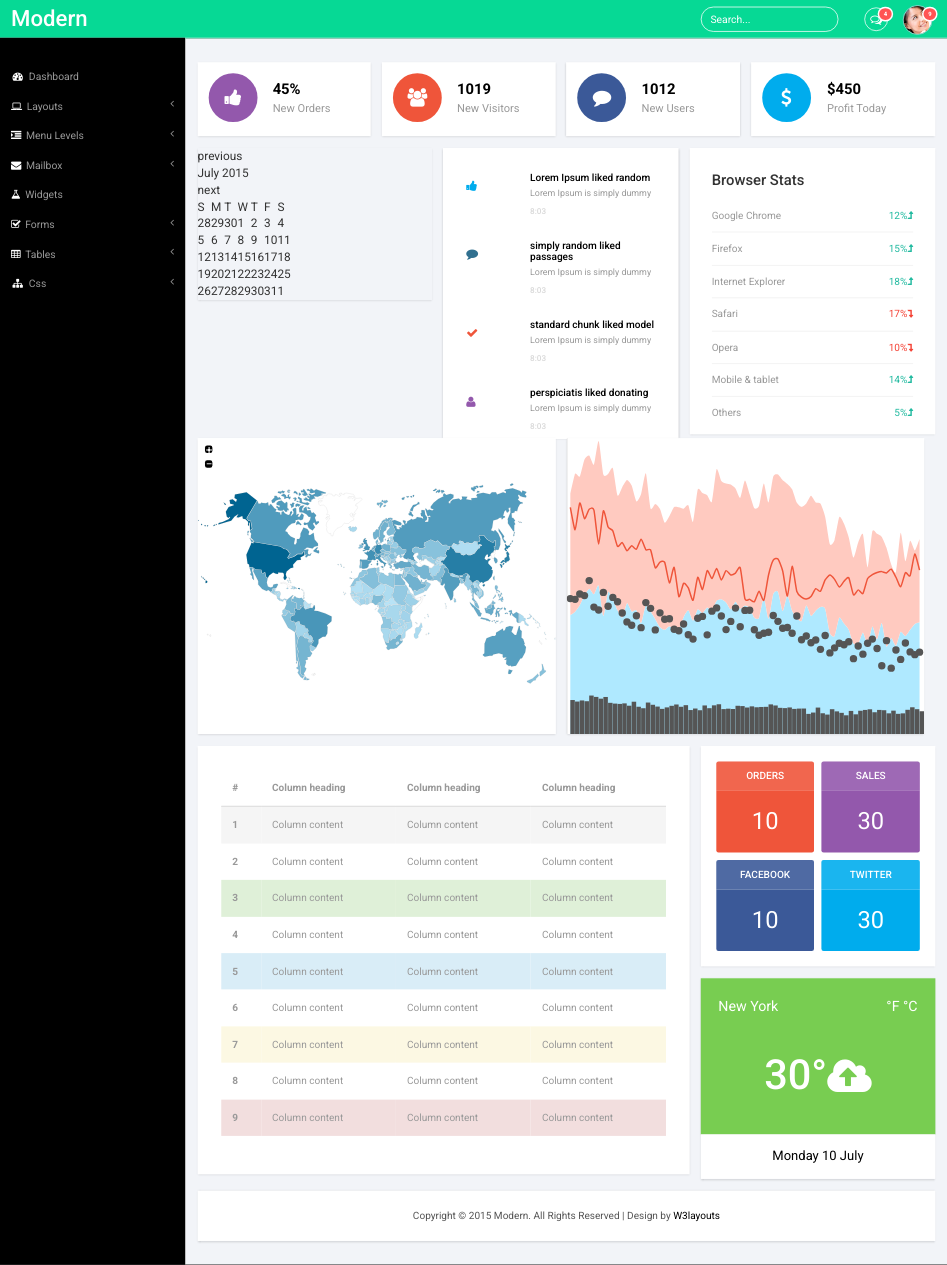
Repository: NomanMustafa/laravel-blog
Page: http://localhost/dashboard
An editor plug-in stored every save of this project. The page is shown before and after the next save, followed by the edit.
The browser window is 1280 px wide. The pictures show the whole page, at 74% of full size.
The page is served by the project's Laravel application, run on PHP 8.4 with Laravel 8. A made-up administrator, Test User (test@example.com), is signed in. Other server files are loaded and not shown.

Above is the page before, as saved 2020-07-05 00:11:55.

### routes/web.php
<?php

use Illuminate\Support\Facades\Route;

/*
|--------------------------------------------------------------------------
| Web Routes
|--------------------------------------------------------------------------
|
| Here is where you can register web routes for your application. These
| routes are loaded by the RouteServiceProvider within a group which
| contains the "web" middleware group. Now create something great!
|
 */

// Route::get('/', function () {
//     return view('welcome');
// });
Route::get('/', 'PublicControler@index')->name('index');
Route::get('post/{id}', 'PublicControler@singlePost')->name('singlePost');
Route::get('/about', 'PublicControler@about')->name('about');
Route::get('/contect', 'PublicControler@contect')->name('contect');
Route::post('/contect', 'PublicControler@contectPost')->name('contectPost');

Auth::routes();
Route::get('/dashboard', 'HomeController@index')->name('dashboard');

Route::prefix('admin')->group(function(){
    Route::get('/dashboard' , 'AdminController@dashboard')->name('adminDashboard');
});

### resources/views/dashboard.blade.php
@extends('layouts.admin')

@section('content')

<div id="wrapper">
     <!-- Navigation -->
       <nav class="top1 navbar navbar-default navbar-static-top" role="navigation" style="margin-bottom: 0">
            @include('includes.admin.headerNavigation')
            @include('includes.admin.sideBar')
                 </nav>
        <div id="page-wrapper">
        <div class="graphs">
     	<div class="col_3">
        	<div class="col-md-3 widget widget1">
        		<div class="r3_counter_box">
                    <i class="pull-left fa fa-thumbs-up icon-rounded"></i>
                    <div class="stats">
                      <h5><strong>45%</strong></h5>
                      <span>New Orders</span>
                    </div>
                </div>
        	</div>
        	<div class="col-md-3 widget widget1">
        		<div class="r3_counter_box">
                    <i class="pull-left fa fa-users user1 icon-rounded"></i>
                    <div class="stats">
                      <h5><strong>1019</strong></h5>
                      <span>New Visitors</span>
                    </div>
                </div>
        	</div>
        	<div class="col-md-3 widget widget1">
        		<div class="r3_counter_box">
                    <i class="pull-left fa fa-comment user2 icon-rounded"></i>
                    <div class="stats">
                      <h5><strong>1012</strong></h5>
                      <span>New Users</span>
                    </div>
                </div>
        	</div>
        	<div class="col-md-3 widget">
        		<div class="r3_counter_box">
                    <i class="pull-left fa fa-dollar dollar1 icon-rounded"></i>
                    <div class="stats">
                      <h5><strong>$450</strong></h5>
                      <span>Profit Today</span>
                    </div>
                </div>
        	 </div>
        	<div class="clearfix"> </div>
      </div>
      <div class="col_1">
		    <div class="col-md-4 span_7">
		      <div class="cal1 cal_2"><div class="clndr"><div class="clndr-controls"><div class="clndr-control-button"><p class="clndr-previous-button">previous</p></div><div class="month">July 2015</div><div class="clndr-control-button rightalign"><p class="clndr-next-button">next</p></div></div><table class="clndr-table" border="0" cellspacing="0" cellpadding="0"><thead><tr class="header-days"><td class="header-day">S</td><td class="header-day">M</td><td class="header-day">T</td><td class="header-day">W</td><td class="header-day">T</td><td class="header-day">F</td><td class="header-day">S</td></tr></thead><tbody><tr><td class="day adjacent-month last-month calendar-day-2015-06-28"><div class="day-contents">28</div></td><td class="day adjacent-month last-month calendar-day-2015-06-29"><div class="day-contents">29</div></td><td class="day adjacent-month last-month calendar-day-2015-06-30"><div class="day-contents">30</div></td><td class="day calendar-day-2015-07-01"><div class="day-contents">1</div></td><td class="day calendar-day-2015-07-02"><div class="day-contents">2</div></td><td class="day calendar-day-2015-07-03"><div class="day-contents">3</div></td><td class="day calendar-day-2015-07-04"><div class="day-contents">4</div></td></tr><tr><td class="day calendar-day-2015-07-05"><div class="day-contents">5</div></td><td class="day calendar-day-2015-07-06"><div class="day-contents">6</div></td><td class="day calendar-day-2015-07-07"><div class="day-contents">7</div></td><td class="day calendar-day-2015-07-08"><div class="day-contents">8</div></td><td class="day calendar-day-2015-07-09"><div class="day-contents">9</div></td><td class="day calendar-day-2015-07-10"><div class="day-contents">10</div></td><td class="day calendar-day-2015-07-11"><div class="day-contents">11</div></td></tr><tr><td class="day calendar-day-2015-07-12"><div class="day-contents">12</div></td><td class="day calendar-day-2015-07-13"><div class="day-contents">13</div></td><td class="day calendar-day-2015-07-14"><div class="day-contents">14</div></td><td class="day calendar-day-2015-07-15"><div class="day-contents">15</div></td><td class="day calendar-day-2015-07-16"><div class="day-contents">16</div></td><td class="day calendar-day-2015-07-17"><div class="day-contents">17</div></td><td class="day calendar-day-2015-07-18"><div class="day-contents">18</div></td></tr><tr><td class="day calendar-day-2015-07-19"><div class="day-contents">19</div></td><td class="day calendar-day-2015-07-20"><div class="day-contents">20</div></td><td class="day calendar-day-2015-07-21"><div class="day-contents">21</div></td><td class="day calendar-day-2015-07-22"><div class="day-contents">22</div></td><td class="day calendar-day-2015-07-23"><div class="day-contents">23</div></td><td class="day calendar-day-2015-07-24"><div class="day-contents">24</div></td><td class="day calendar-day-2015-07-25"><div class="day-contents">25</div></td></tr><tr><td class="day calendar-day-2015-07-26"><div class="day-contents">26</div></td><td class="day calendar-day-2015-07-27"><div class="day-contents">27</div></td><td class="day calendar-day-2015-07-28"><div class="day-contents">28</div></td><td class="day calendar-day-2015-07-29"><div class="day-contents">29</div></td><td class="day calendar-day-2015-07-30"><div class="day-contents">30</div></td><td class="day calendar-day-2015-07-31"><div class="day-contents">31</div></td><td class="day adjacent-month next-month calendar-day-2015-08-01"><div class="day-contents">1</div></td></tr></tbody></table></div></div>
		    </div>
		    <div class="col-md-4 span_8">
		       <div class="activity_box">
		        <div class="scrollbar" id="style-2">
                   <div class="activity-row">
	                 <div class="col-xs-1"><i class="fa fa-thumbs-up text-info icon_13"> </i>  </div>
	                 <div class="col-xs-3 activity-img"><img src='images/5.png' class="img-responsive" alt=""/></div>
	                 <div class="col-xs-8 activity-desc">
	                 	<h5><a href="#">Lorem Ipsum</a> liked <a href="#">random</a></h5>
	                    <p>Lorem Ipsum is simply dummy</p>
	                    <h6>8:03</h6>
	                 </div>
	                 <div class="clearfix"> </div>
                    </div>
	  			    <div class="activity-row">
	                 <div class="col-xs-1"><i class="fa fa-comment text-info"></i> </div>
	                 <div class="col-xs-3 activity-img"><img src='images/3.png' class="img-responsive" alt=""/></div>
	                 <div class="col-xs-8 activity-desc">
	                 	<h5><a href="#">simply random</a> liked <a href="#">passages</a></h5>
	                    <p>Lorem Ipsum is simply dummy</p>
	                    <h6>8:03</h6>
	                 </div>
	                 <div class="clearfix"> </div>
                    </div>
                    <div class="activity-row">
	                 <div class="col-xs-1"><i class="fa fa-check text-info icon_11"></i></div>
	                 <div class="col-xs-3 activity-img"><img src='images/1.png' class="img-responsive" alt=""/></div>
	                 <div class="col-xs-8 activity-desc">
	                 	<h5><a href="#">standard chunk</a> liked <a href="#">model</a></h5>
	                    <p>Lorem Ipsum is simply dummy</p>
	                    <h6>8:03</h6>
	                 </div>
	                 <div class="clearfix"> </div>
                    </div>
                    <div class="activity-row1">
	                 <div class="col-xs-1"><i class="fa fa-user text-info icon_12"></i></div>
	                 <div class="col-xs-3 activity-img"><img src='images/4.png' class="img-responsive" alt=""/></div>
	                 <div class="col-xs-8 activity-desc">
	                 	<h5><a href="#">perspiciatis</a> liked <a href="#">donating</a></h5>
	                    <p>Lorem Ipsum is simply dummy</p>
	                    <h6>8:03</h6>
	                 </div>
	                 <div class="clearfix"> </div>
                     </div>
	  		        </div>
		          </div>
		    </div>
			<div class="col-md-4 stats-info">
                <div class="panel-heading">
                    <h4 class="panel-title">Browser Stats</h4>
                </div>
                <div class="panel-body">
                    <ul class="list-unstyled">
                        <li>Google Chrome<div class="text-success pull-right">12%<i class="fa fa-level-up"></i></div></li>
                        <li>Firefox<div class="text-success pull-right">15%<i class="fa fa-level-up"></i></div></li>
                        <li>Internet Explorer<div class="text-success pull-right">18%<i class="fa fa-level-up"></i></div></li>
                        <li>Safari<div class="text-danger pull-right">17%<i class="fa fa-level-down"></i></div></li>
                        <li>Opera<div class="text-danger pull-right">10%<i class="fa fa-level-down"></i></div></li>
                        <li>Mobile &amp; tablet<div class="text-success pull-right">14%<i class="fa fa-level-up"></i></div></li>
                        <li class="last">Others<div class="text-success pull-right">5%<i class="fa fa-level-up"></i></div></li>
                    </ul>
                </div>
            </div>
            <div class="clearfix"> </div>
	  </div>
	  <div class="span_11">
		<div class="col-md-6 col_4">
		  <div class="map_container"><div id="vmap" style="width: 100%; height: 400px;"></div></div>
		  <!----Calender -------->
			<link rel="stylesheet" href="css/clndr.css" type="text/css" />
			<script src="{{ asset('admin/assets/js/underscore-min.js') }}" type="text/javascript"></script>
			<script src= "{{ asset('admin/assets/js/moment-2.2.1.js') }}" type="text/javascript"></script>
			<script src="{{ asset('admin/assets/js/clndr.js') }}" type="text/javascript"></script>
			<script src="{{ asset('admin/assets/js/site.js') }}" type="text/javascript"></script>
			<!----End Calender -------->
		</div>
		<div class="col-md-6 col_5">
		  <div id="chart_container">
		   <div id="chart"></div>
	       <div id="slider"></div>


{{-- <div class="container">
    <div class="row justify-content-center">
        <div class="col-md-8">
            <div class="card">
                <div class="card-header">{{ __('Dashboard') }}</div>

                <div class="card-body">
                    @if (session('status'))
                        <div class="alert alert-success" role="alert">
                            {{ session('status') }}
                        </div>
                    @endif

                    {{ __('You are logged in!') }}
                </div>
            </div>
        </div>
    </div>
</div> --}}
@endsection

### public/admin/assets/css/lines.css

.rickshaw_graph .detail {
	pointer-events: none;
	position: absolute;
	top: 0;
	z-index: 2;
	background: rgba(0, 0, 0, 0.1);
	bottom: 0;
	width: 1px;
	transition: opacity 0.25s linear;
	-moz-transition: opacity 0.25s linear;
	-o-transition: opacity 0.25s linear;
	-webkit-transition: opacity 0.25s linear;
}
.rickshaw_graph .detail.inactive {
	opacity: 0;
}
.rickshaw_graph .detail .item.active {
	opacity: 1;
}
.rickshaw_graph .detail .x_label {
	font-family: Arial, sans-serif;
	border-radius: 3px;
	padding: 6px;
	opacity: 0.5;
	border: 1px solid #e0e0e0;
	font-size: 12px;
	position: absolute;
	background: white;
	white-space: nowrap;
}
.rickshaw_graph .detail .x_label.left {
	left: 0;
}
.rickshaw_graph .detail .x_label.right {
	right: 0;
}
.rickshaw_graph .detail .item {
	position: absolute;
	z-index: 2;
	border-radius: 3px;

	font-size: 12px;
	font-family: Arial, sans-serif;
	opacity: 0;
	background: rgba(0, 0, 0, 0.4);
	color: white;
	border: 1px solid rgba(0, 0, 0, 0.4);
	margin-left: 1em;
	margin-right: 1em;
	margin-top: -1em;
	white-space: nowrap;
}
.rickshaw_graph .detail .item.left {
	left: 0;
}
.rickshaw_graph .detail .item.right {
	right: 0;
}
.rickshaw_graph .detail .item.active {
	opacity: 1;
	background: rgba(0, 0, 0, 0.8);
}
.rickshaw_graph .detail .item:after {
	position: absolute;
	display: block;
	width: 0;
	height: 0;

	content: "";

	border: 5px solid transparent;
}
.rickshaw_graph .detail .item.left:after {
	top: 1em;
	left: -5px;
	margin-top: -5px;
	border-right-color: rgba(0, 0, 0, 0.8);
	border-left-width: 0;
}
.rickshaw_graph .detail .item.right:after {
	top: 1em;
	right: -5px;
	margin-top: -5px;
	border-left-color: rgba(0, 0, 0, 0.8);
	border-right-width: 0;
}
.rickshaw_graph .detail .dot {
	width: 4px;
	height: 4px;
	margin-left: -3px;
	margin-top: -3.5px;
	border-radius: 5px;
	position: absolute;
	box-shadow: 0 0 2px rgba(0, 0, 0, 0.6);
	box-sizing: content-box;
	-moz-box-sizing: content-box;
	background: white;
	border-width: 2px;
	border-style: solid;
	display: none;
	background-clip: padding-box;
}
.rickshaw_graph .detail .dot.active {
	display: block;
}
/* graph */
#chart {
  width: 649px !important;
  height: 400px !important;
  background-color: #fff;
}
.rickshaw_graph {
	position: relative;
}
.rickshaw_graph svg {
  display: block;
  overflow: hidden;
}
@media (max-width:1366px){
#chart {
  width:533px !important;
}
}
@media (max-width:1280px){
#chart {
  width:483px !important;
}
canvas#doughnut, canvas#line, canvas#polarArea, #bar, #pie, #radar {
  width: 308px !important;
  height: 220px !important;
}
}
@media (max-width:1024px){
#chart {
  width:360px !important;
  height:300px !important;
}
}
@media (max-width:768px){
#chart {
  width:468px !important;
  height: 300px !important;
}
}
@media (max-width:736px){
#chart {
  width:685px !important;
  height: 300px !important;
}
}
@media (max-width:640px){
#chart {
  width:580px !important;
  height:250px !important;
}
}
@media (max-width:540px){
#chart {
  width:464px !important;
  height:250px !important;
}
}
@media (max-width:480px){
#chart {
  width:447px !important;
  height:250px !important;
}
}
@media (max-width:320px){
#chart {
  width:298px !important;
  height:250px !important;
}
.copy {
  padding: 10px;
}
.copy p{
  font-size:13px;
}
.btn-group-lg>.btn, .btn-lg {
  padding: 6px 7px;
  font-size: 16px;
}
.label {
  font-size: 56%;
}
.pagination-lg>li>a, .pagination-lg>li>span {
  padding: 8px 13px;
  font-size: 15px;
}
.nav>li>a {
  padding: 7px 8px;
}
.modal-dialog {
  width: 245px !important;
}
}

### public/admin/assets/css/custom.css
#wrapper {
    width: 100%;
}
#page-wrapper {
    /*--padding: 0 15px;--*/
    min-height: 568px;
    background-color: #fff;
}

@media(min-width:768px) {
    #page-wrapper {
        position: inherit;
        margin: 0 0 0 250px;
        /*--padding: 0 30px;--*/
        border-left: 1px solid #e7e7e7;
    }
}

.navbar-top-links {
    margin-right: 0;
}

.navbar-top-links li {
    display: inline-block;
}

.navbar-top-links li:last-child {
    margin-right: 15px;
}

.navbar-top-links li a {
    padding: 15px;
    min-height: 50px;
}

.navbar-top-links .dropdown-menu li {
    display: block;
}

.navbar-top-links .dropdown-menu li:last-child {
    margin-right: 0;
}

.navbar-top-links .dropdown-menu li a {
    padding: 3px 20px;
    min-height: 0;
}

.navbar-top-links .dropdown-menu li a div {
    white-space: normal;
}

.navbar-top-links .dropdown-messages,
.navbar-top-links .dropdown-tasks,
.navbar-top-links .dropdown-alerts {
    width: 310px;
    min-width: 0;
}
.navbar-top-links .dropdown-messages {
    margin-left: 5px;
}
.navbar-top-links .dropdown-tasks {
    margin-left: -59px;
}

.navbar-top-links .dropdown-alerts {
    margin-left: -123px;
}

.navbar-top-links .dropdown-user {
    right: 0;
    left: auto;
}

.sidebar .sidebar-nav.navbar-collapse {
    padding-right: 0;
    padding-left: 0;
}

.sidebar .sidebar-search {
    padding: 15px;
}
.sidebar .arrow {
    float: right;
}

.sidebar .fa.arrow:before {
    content: "\f104";
}

.sidebar .active>a>.fa.arrow:before {
    content: "\f107";
}

.sidebar .nav-second-level li,
.sidebar .nav-third-level li {
    border-bottom: 0!important;
}

.sidebar .nav-second-level li a {
    padding-left: 37px;
}

.sidebar .nav-third-level li a {
    padding-left: 52px;
}

@media(min-width:768px) {
    .sidebar {
        z-index: 1;
        position: absolute;
        width: 250px;
        margin-top: 51px;
    }

    .navbar-top-links .dropdown-messages,
    .navbar-top-links .dropdown-tasks,
    .navbar-top-links .dropdown-alerts {
        margin-left: auto;
    }
}

### public/admin/assets/css/jqvmap.css
/*!
 * jQVMap Version 1.0
 *
 * http://jqvmap.com
 *
 * Copyright 2012, Peter Schmalfeldt <manifestinteractive@gmail.com>
 * Licensed under the MIT license.
 *
 * Fork Me @ https://github.com/manifestinteractive/jqvmap
 */
.jqvmap-label
{
	position: absolute;
	display: none;
	-webkit-border-radius: 3px;
	-moz-border-radius: 3px;
	border-radius: 3px;
	background: #292929;
	color: white;
	font-family: sans-serif, Verdana;
	font-size: smaller;
	padding: 3px;
}
.jqvmap-zoomin, .jqvmap-zoomout
{
  position: absolute;
  left: 10px;
  -webkit-border-radius: 3px;
  -moz-border-radius: 3px;
  border-radius: 3px;
  background: #000000;
  padding: 1px;
  color: white;
  width: 10px;
  height: 10px;
  cursor: pointer;
  line-height: 9px;
  text-align: center;
}
.jqvmap-zoomin
{
	top: 10px;
}
.jqvmap-zoomout
{
	top: 30px;
}
.jqvmap-region
{
  cursor: pointer;
}
.jqvmap-ajax_response
{
  width: 100%;
  height: 500px;
}

Loaded but not shown: app/Providers/AppServiceProvider.php (common file); app/Http/Controllers/Auth/LoginController.php (common file); app/Http/Controllers/Controller.php (common file); app/Http/Controllers/Auth/ConfirmPasswordController.php (common file); app/User.php (common file); app/Http/Controllers/HomeController.php (common file); public/admin/assets/css/bootstrap.min.css (library); public/admin/assets/css/font-awesome.css (library); public/admin/assets/js/jquery.min.js (library); public/admin/assets/js/metisMenu.min.js (common file); public/admin/assets/js/d3.v3.js (library); public/admin/assets/js/underscore-min.js (library); public/admin/assets/js/moment-2.2.1.js (library); public/admin/assets/js/jquery.vmap.js (library); public/admin/assets/js/jquery.vmap.sampledata.js (common file); public/admin/assets/js/jquery.vmap.world.js (library); public/admin/assets/js/bootstrap.min.js (library); public/admin/assets/js/rickshaw.js (3908 lines, source omitted); public/admin/assets/js/clndr.js (833 lines, source omitted); public/admin/assets/js/site.js (90 lines, source omitted); public/admin/assets/js/custom.js (36 lines, source omitted); public/admin/assets/css/style.css (2713 lines, source omitted); resources/views/layouts/admin.blade.php (257 lines, source omitted); resources/views/includes/admin/headerNavigation.blade.php (97 lines, source omitted); public/admin/assets/css/clndr.css (192 lines, source omitted); resources/views/includes/admin/sideBar.blade.php (80 lines, source omitted)

After the next save:
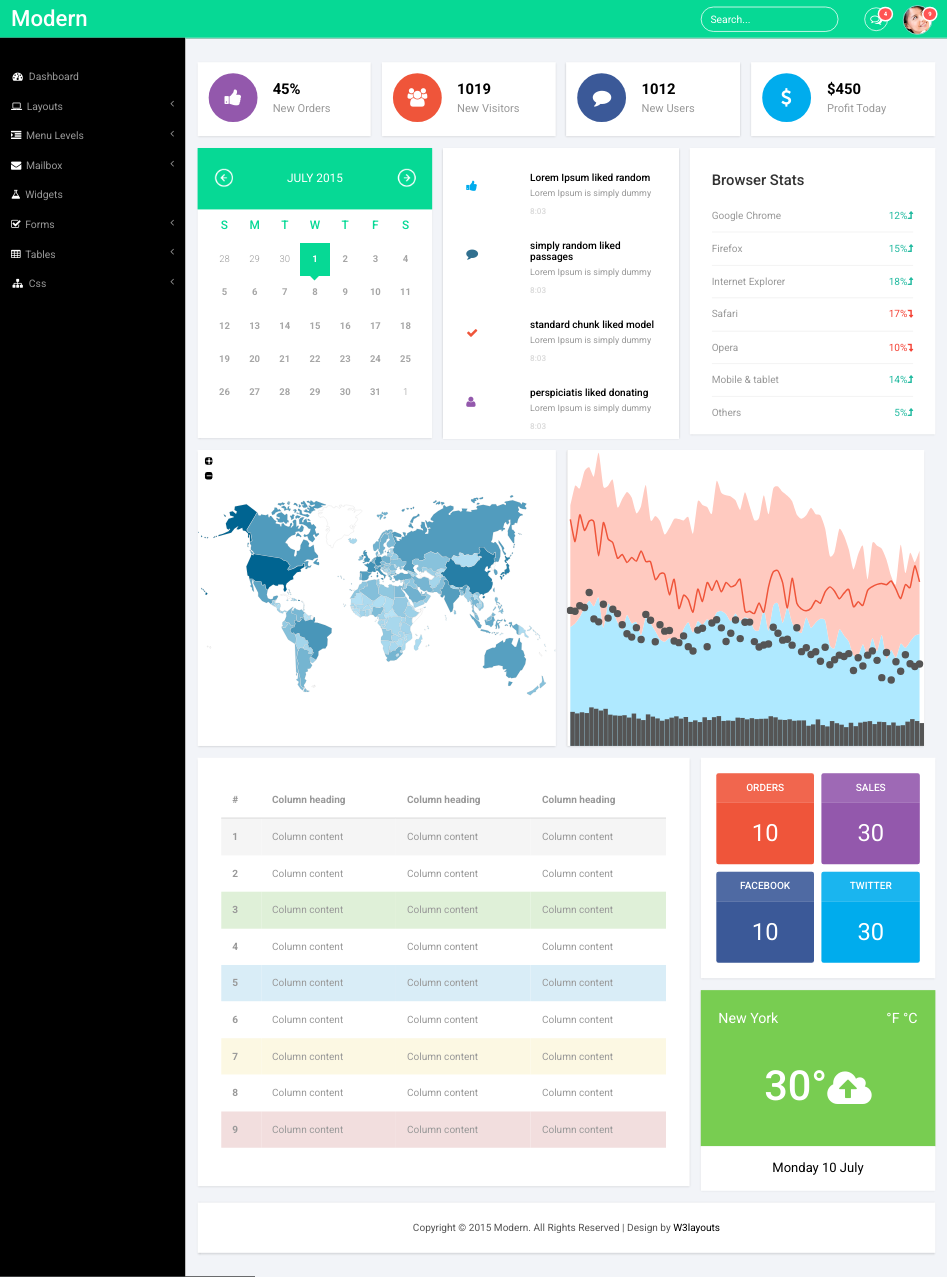
Saved 83 s later.
--- a/resources/views/dashboard.blade.php
+++ b/resources/views/dashboard.blade.php
@@ -121,7 +121,7 @@
 		<div class="col-md-6 col_4">
 		  <div class="map_container"><div id="vmap" style="width: 100%; height: 400px;"></div></div>
 		  <!----Calender -------->
-			<link rel="stylesheet" href="css/clndr.css" type="text/css" />
+			<link rel="stylesheet" href="{{ asset('admin/assets/css/clndr.css') }}" type="text/css" />
 			<script src="{{ asset('admin/assets/js/underscore-min.js') }}" type="text/javascript"></script>
 			<script src= "{{ asset('admin/assets/js/moment-2.2.1.js') }}" type="text/javascript"></script>
 			<script src="{{ asset('admin/assets/js/clndr.js') }}" type="text/javascript"></script>
